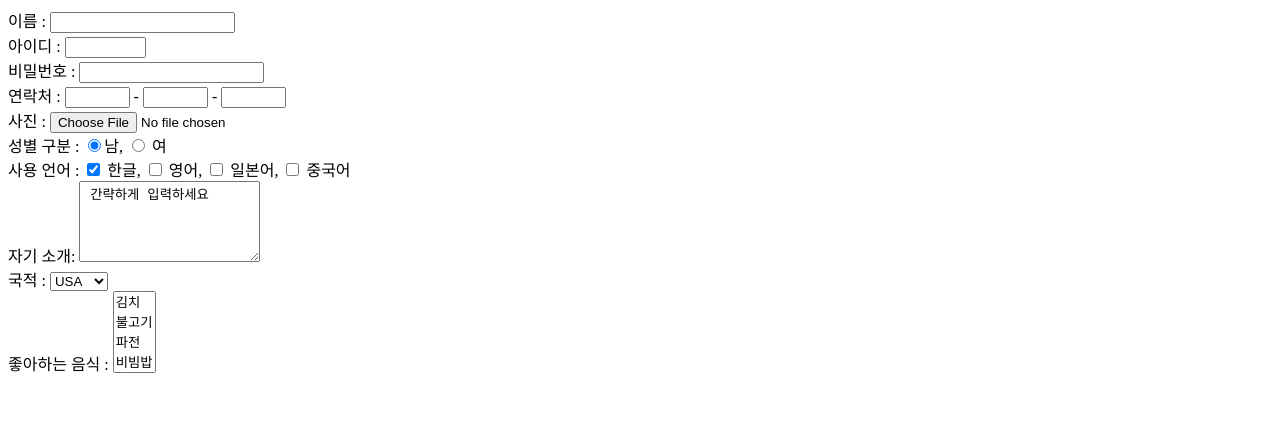
Repository: bjKim2/JSP
Page: HTML/src/main/webapp/Lec06.html
These files come from the project's save history. The page is drawn as it stood at one moment and after the next save; the edit follows.
The browser window is 1280 px wide. The pictures show the whole page.

Above is the page before, as saved 2022-03-15 05:22:33.

After the next save:
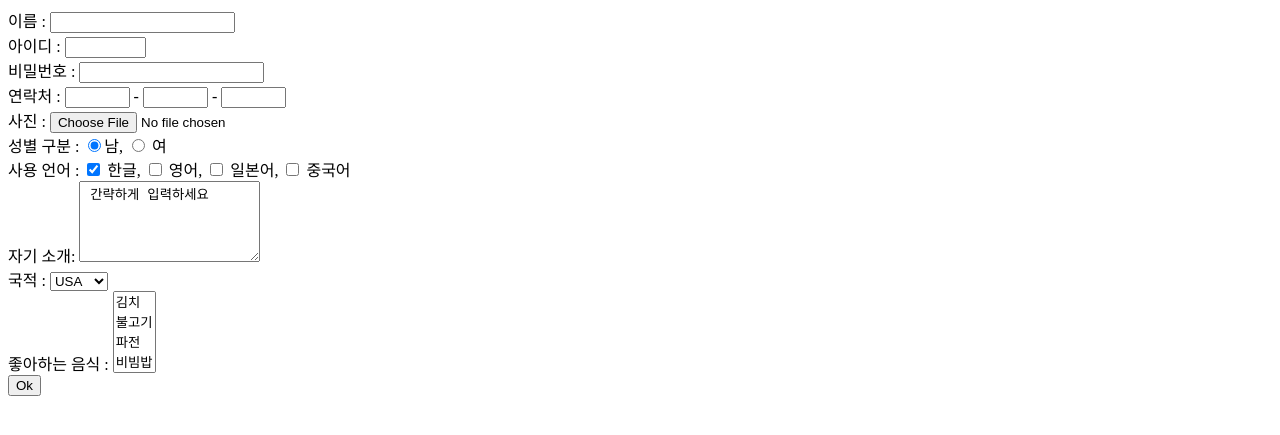
Saved 2 min 24 s later.
--- a/HTML/src/main/webapp/Lec06.html
+++ b/HTML/src/main/webapp/Lec06.html
@@ -40,6 +40,7 @@
 						<option>순대</option>
 
 					</select><br>
+				<input type="submit" name = "okBtn" value = "Ok">
 
 
 		</from>
